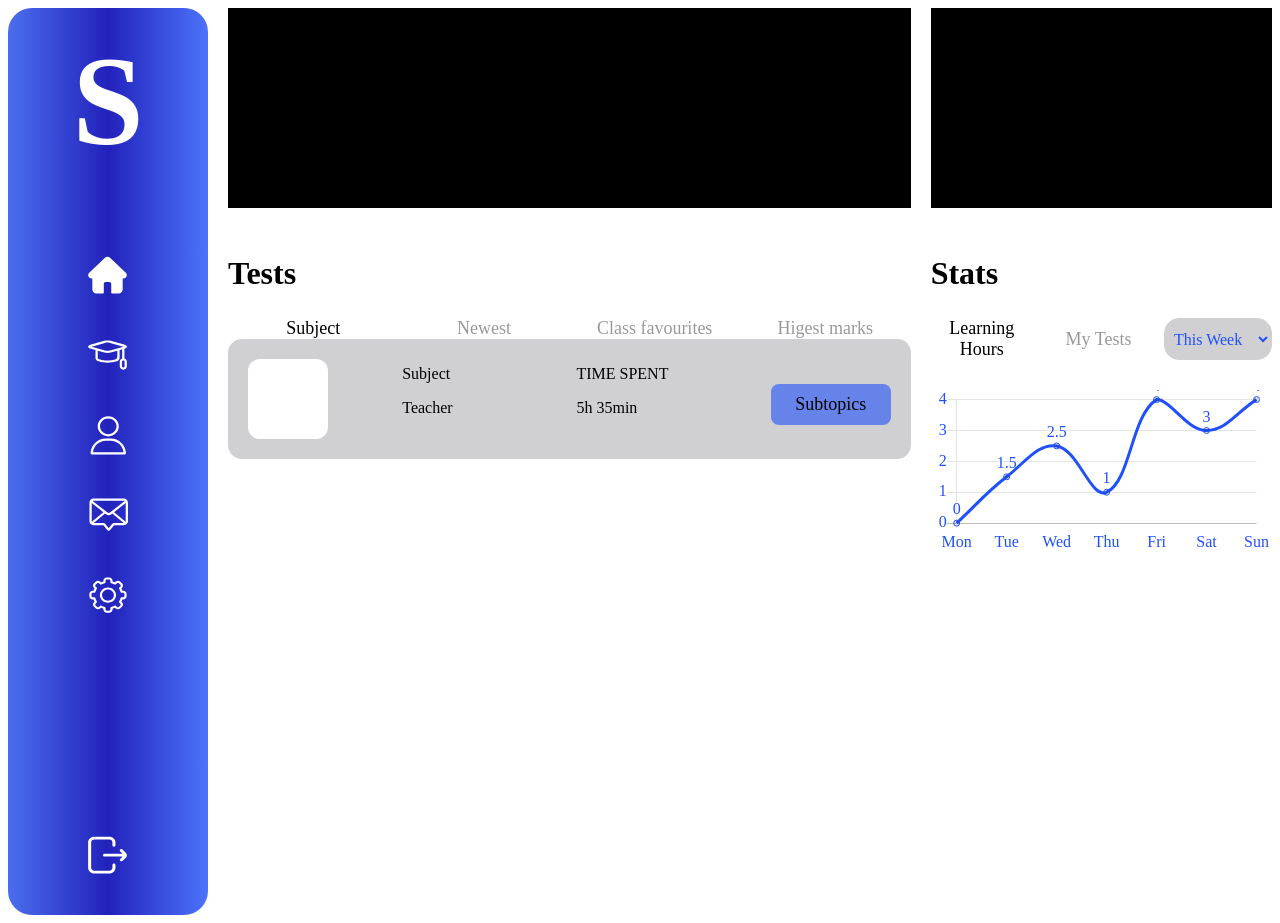
Repository: rafalzacher1/smartify-interface
Page: home.html
An editor plug-in stored every save of this project. The page is shown before and after the next save, followed by the edit.
The browser window is 1280 px wide. The pictures show the whole page.
Some web fonts or font styles are not loaded; a fallback is used. Some web libraries are served in a nearby version.

Above is the page before, as saved 2022-06-30 11:30:46.

### home.html
<!DOCTYPE html>
<html lang="en">

<head>
    <link rel="stylesheet" href="./styles/home.css">
    <link rel="stylesheet" href="./styles/search.css">
    <link rel="stylesheet" href="./styles/tests.css">
    <link rel="stylesheet" href="./styles/navigation.css">
    <link rel="stylesheet" href="./styles/user-header.css">
    <link rel="stylesheet" href="./styles/stats.css">
    <script src="https://cdnjs.cloudflare.com/ajax/libs/Chart.js/2.4.0/Chart.min.js"></script>
    <link rel="stylesheet" href="./styles/graphs.css">
    <link href='https://fonts.googleapis.com/css?family=Baloo Bhai' rel='stylesheet'>
    <link href='https://fonts.googleapis.com/css?family=Baloo Bhai' rel='stylesheet'>
</head>

<body>
    <div id="main-container">
        <div id="navigation-container">
            <h1>S</h1>

            <nav id="navigation-options">
                <svg width="27" height="25" viewBox="0 0 27 25" fill="none" xmlns="http://www.w3.org/2000/svg">
                    <path
                        d="M25.5018 10.9867C25.5012 10.9862 25.5006 10.9856 25.5 10.985L14.8668 0.890976C14.4135 0.460518 13.8109 0.223389 13.17 0.223389C12.529 0.223389 11.9264 0.460329 11.473 0.890787L0.845318 10.9797C0.841738 10.9831 0.838158 10.9867 0.834579 10.9901C-0.0961545 11.8788 -0.0945635 13.3206 0.839153 14.207C1.26574 14.6122 1.82915 14.8469 2.43154 14.8714C2.456 14.8737 2.48066 14.8748 2.50552 14.8748H2.92932V22.3034C2.92932 23.7734 4.1892 24.9694 5.73803 24.9694H9.89809C10.3197 24.9694 10.6618 24.6449 10.6618 24.2444V18.4204C10.6618 17.7496 11.2365 17.204 11.9431 17.204H14.3968C15.1034 17.204 15.6782 17.7496 15.6782 18.4204V24.2444C15.6782 24.6449 16.02 24.9694 16.4419 24.9694H20.6019C22.1508 24.9694 23.4106 23.7734 23.4106 22.3034V14.8748H23.8036C24.4444 14.8748 25.047 14.6379 25.5006 14.2074C26.4353 13.3195 26.4357 11.8752 25.5018 10.9867V10.9867Z"
                        fill="white" />
                </svg>

                <svg width="29" height="22" viewBox="0 0 29 22" fill="none" xmlns="http://www.w3.org/2000/svg">
                    <path
                        d="M26.4228 13.5237V6.40629L26.734 6.31764C27.9305 5.97676 28.1816 5.39965 28.1816 4.97552C28.1816 4.55139 27.9304 3.97428 26.734 3.63356L16.4958 0.717713C15.8653 0.538127 15.0388 0.43924 14.1689 0.43924C13.299 0.43924 12.4726 0.538127 11.8419 0.717713L1.60382 3.63356C0.407257 3.97428 0.156067 4.55139 0.156067 4.97557C0.156067 5.3997 0.407202 5.97686 1.60376 6.31769L5.43281 7.4082V13.2841C5.43281 14.0138 5.93239 15.0416 8.31243 15.7947C9.88887 16.2936 11.9687 16.5683 14.1688 16.5683C16.3689 16.5683 18.4487 16.2936 20.0252 15.7947C22.4053 15.0415 22.9049 14.0138 22.9049 13.2841V7.40825L24.7806 6.87402V13.5237C23.7595 13.8501 23.0217 14.767 23.0217 15.8451V19.1846C23.0217 20.5351 24.179 21.6338 25.6017 21.6338C27.0242 21.6338 28.1816 20.5351 28.1816 19.1846V15.8451C28.1817 14.767 27.4439 13.8501 26.4228 13.5237ZM12.3137 2.21089C12.7886 2.07563 13.4647 1.9981 14.1689 1.9981C14.873 1.9981 15.5492 2.07563 16.024 2.21084L25.7315 4.97557L21.8438 6.08282C21.8416 6.08349 21.8394 6.08406 21.8372 6.08474L16.024 7.74036C15.5493 7.87556 14.8731 7.95309 14.169 7.95309C13.4649 7.95309 12.7886 7.87556 12.3138 7.74036L6.50073 6.08474C6.49849 6.08406 6.4963 6.08349 6.49405 6.08282L2.60639 4.97557L12.3137 2.21089ZM21.2629 11.2372C21.2629 13.3846 20.9647 13.8541 19.506 14.3157C18.0926 14.763 16.1971 15.0093 14.1689 15.0093C12.1406 15.0093 10.2452 14.763 8.83178 14.3157C7.37313 13.8541 7.07493 13.3845 7.07493 13.2841V7.87582L11.842 9.23348C12.4726 9.41307 13.299 9.51196 14.1689 9.51196C15.0388 9.51196 15.8652 9.41307 16.4959 9.23348L21.2629 7.87582V11.2372ZM26.5395 19.1845C26.5395 19.6754 26.1188 20.0748 25.6017 20.0748C25.0846 20.0748 24.6639 19.6755 24.6639 19.1845V15.845C24.6639 15.3541 25.0846 14.9546 25.6017 14.9546C26.1189 14.9546 26.5395 15.3541 26.5395 15.845V19.1845Z"
                        fill="white" />
                </svg>

                <svg width="24" height="26" viewBox="0 0 24 26" fill="none" xmlns="http://www.w3.org/2000/svg">
                    <path
                        d="M12.1698 0.827911C8.37379 0.827911 5.28546 3.75975 5.28546 7.36343C5.28546 10.9671 8.37379 13.899 12.1698 13.899C15.9659 13.899 19.0542 10.9671 19.0542 7.36343C19.0542 3.75975 15.9659 0.827911 12.1698 0.827911ZM12.1698 12.4466C9.21735 12.4466 6.81532 10.1663 6.81532 7.36343C6.81532 4.56057 9.21735 2.28025 12.1698 2.28025C15.1223 2.28025 17.5243 4.56057 17.5243 7.36343C17.5243 10.1663 15.1223 12.4466 12.1698 12.4466Z"
                        fill="white" />
                    <path
                        d="M20.7353 18.1686C18.8505 16.3518 16.3519 15.3513 13.6997 15.3513H10.64C7.98784 15.3513 5.48917 16.3518 3.60439 18.1686C1.72883 19.9765 0.695923 22.3628 0.695923 24.8883C0.695923 25.2894 1.03841 25.6145 1.46085 25.6145H22.8789C23.3013 25.6145 23.6438 25.2894 23.6438 24.8883C23.6438 22.3628 22.6109 19.9765 20.7353 18.1686ZM2.25944 24.1621C2.64267 20.043 6.25497 16.8036 10.64 16.8036H13.6997C18.0848 16.8036 21.6971 20.043 22.0803 24.1621H2.25944Z"
                        fill="white" />
                </svg>


                <svg width="27" height="23" viewBox="0 0 27 23" fill="none" xmlns="http://www.w3.org/2000/svg">
                    <path
                        d="M24.1913 0.381134H3.77551C2.23533 0.381134 0.9823 1.57067 0.9823 3.0328V15.7608C0.9823 17.223 2.23533 18.4125 3.77551 18.4125H10.353C10.4332 18.4125 10.5096 18.4491 10.5573 18.5105L12.957 21.5991C13.1975 21.9087 13.5678 22.0872 13.9729 22.089H13.979C14.3819 22.089 14.7514 21.9139 14.9937 21.608L17.4479 18.5087C17.4956 18.4484 17.5715 18.4124 17.6509 18.4124H24.1913C25.7315 18.4124 26.9845 17.2229 26.9845 15.7608V3.03276C26.9845 1.57063 25.7315 0.381134 24.1913 0.381134ZM25.4609 15.7608C25.4609 15.8747 25.4439 15.9848 25.4127 16.0892L17.5863 9.57636L25.4609 3.37251V15.7608ZM24.1913 1.8275C24.4235 1.8275 24.6413 1.88728 24.8287 1.99108L14.7964 9.8948C14.3265 10.265 13.6446 10.265 13.1747 9.8948L3.14064 1.98969C3.32753 1.88675 3.54433 1.8275 3.77551 1.8275H24.1913ZM2.55416 16.0892C2.52293 15.9848 2.50587 15.8747 2.50587 15.7608V3.36913L10.3826 9.57457L2.55416 16.0892ZM16.2301 17.6396L13.9808 20.4801L11.7834 17.6519C11.4498 17.2225 10.915 16.9661 10.3529 16.9661H3.81172L11.5698 10.5099L12.2017 11.0078C12.7186 11.415 13.3519 11.6185 13.9855 11.6185C14.6189 11.6185 15.2525 11.4148 15.7693 11.0078L16.399 10.5117L24.155 16.9661H17.6509C17.0952 16.9661 16.5641 17.2178 16.2301 17.6396Z"
                        fill="white" />
                </svg>

                <svg width="28" height="25" viewBox="0 0 28 25" fill="none" xmlns="http://www.w3.org/2000/svg">
                    <path
                        d="M14.8013 24.9227H13.1654C11.8422 24.9227 10.7657 23.9008 10.7657 22.6447V22.1193C10.2032 21.9486 9.65665 21.7333 9.13159 21.4753L8.73937 21.8477C7.7894 22.7506 6.2677 22.7241 5.34533 21.8473L4.18907 20.7497C3.26507 19.8735 3.23849 18.4294 4.18937 17.5277L4.58129 17.1556C4.30958 16.6571 4.08276 16.1384 3.90299 15.6043H3.34958C2.02648 15.6043 0.949951 14.5823 0.949951 13.3262V11.7731C0.949951 10.517 2.02648 9.4951 3.34963 9.4951H3.90304C4.08281 8.96103 4.30963 8.44223 4.58134 7.94378L4.18912 7.57148C3.2388 6.67028 3.26502 5.22602 4.18942 4.34942L5.34579 3.2517C6.2703 2.37283 7.79164 2.35089 8.73978 3.25199L9.13165 3.624C9.6567 3.3661 10.2032 3.15073 10.7658 2.98007V2.4547C10.7658 1.1986 11.8422 0.176666 13.1654 0.176666H14.8014C16.1245 0.176666 17.201 1.1986 17.201 2.4547V2.98012C17.7636 3.15073 18.3101 3.3661 18.8351 3.62405L19.2274 3.2517C20.1773 2.34876 21.699 2.37525 22.6214 3.25204L23.7777 4.34966C24.7017 5.22587 24.7283 6.66999 23.7774 7.57172L23.3854 7.94378C23.6572 8.44223 23.884 8.96098 24.0637 9.4951H24.6172C25.9403 9.4951 27.0168 10.517 27.0168 11.7731V13.3262C27.0168 14.5823 25.9403 15.6043 24.6172 15.6043H24.0637C23.884 16.1383 23.6572 16.6571 23.3854 17.1556L23.7777 17.5279C24.728 18.4291 24.7018 19.8734 23.7774 20.75L22.621 21.8477C21.6965 22.7266 20.1751 22.7485 19.227 21.8474L18.8351 21.4754C18.3101 21.7333 17.7636 21.9487 17.201 22.1193V22.6448C17.201 23.9008 16.1245 24.9227 14.8013 24.9227V24.9227ZM9.38692 19.9527C10.1163 20.3622 10.9014 20.6716 11.7203 20.8722C12.0575 20.9548 12.2931 21.2436 12.2931 21.5742V22.6447C12.2931 23.1013 12.6845 23.4727 13.1654 23.4727H14.8014C15.2824 23.4727 15.6737 23.1013 15.6737 22.6447V21.5742C15.6737 21.2436 15.9093 20.9548 16.2466 20.8722C17.0655 20.6716 17.8505 20.3622 18.5799 19.9527C18.8801 19.7842 19.2621 19.8301 19.5087 20.0641L20.3074 20.8224C20.6518 21.1497 21.2048 21.1421 21.5407 20.8227L22.6978 19.7243C23.0329 19.4066 23.0441 18.8815 22.6981 18.5535L21.899 17.7949C21.6525 17.5609 21.6042 17.1981 21.7817 16.9133C22.213 16.2208 22.5389 15.4756 22.7502 14.6981C22.8373 14.378 23.1414 14.1544 23.4897 14.1544H24.6172C25.0982 14.1544 25.4895 13.7829 25.4895 13.3263V11.7732C25.4895 11.3166 25.0982 10.9451 24.6172 10.9451H23.4897C23.1414 10.9451 22.8373 10.7214 22.7502 10.4013C22.5389 9.6239 22.213 8.87862 21.7817 8.18622C21.6042 7.90135 21.6525 7.53857 21.899 7.30454L22.6978 6.54626C23.0431 6.21886 23.0341 5.69397 22.6981 5.37541L21.5411 4.27707C21.2058 3.95827 20.6527 3.94894 20.3078 4.27678L19.5088 5.03535C19.2622 5.26942 18.88 5.31524 18.58 5.14675C17.8506 4.73724 17.0655 4.42786 16.2466 4.22724C15.9094 4.14464 15.6738 3.8559 15.6738 3.52526V2.4547C15.6738 1.99811 15.2824 1.62663 14.8014 1.62663H13.1655C12.6845 1.62663 12.2932 1.99811 12.2932 2.4547V3.52516C12.2932 3.8558 12.0576 4.14454 11.7203 4.22714C10.9014 4.42777 10.1164 4.73714 9.38697 5.14666C9.08679 5.3151 8.7047 5.26928 8.45818 5.03525L7.65948 4.27697C7.31511 3.94966 6.76205 3.95725 6.42619 4.27663L5.26911 5.37503C4.93401 5.69276 4.92281 6.21779 5.26881 6.54587L6.06787 7.30445C6.31438 7.53847 6.36265 7.90125 6.18522 8.18612C5.75385 8.87852 5.42801 9.62381 5.21667 10.4012C5.12961 10.7214 4.82547 10.945 4.47723 10.945H3.34963C2.86867 10.9451 2.47731 11.3165 2.47731 11.7731V13.3262C2.47731 13.7828 2.86867 14.1543 3.34963 14.1543H4.47718C4.82547 14.1543 5.12956 14.378 5.21662 14.6981C5.42796 15.4755 5.75385 16.2208 6.18517 16.9132C6.3626 17.1981 6.31433 17.5609 6.06782 17.7949L5.26906 18.5532C4.92378 18.8806 4.93279 19.4055 5.26876 19.724L6.42573 20.8224C6.76109 21.1412 7.31419 21.1505 7.65907 20.8226L8.45808 20.0641C8.63974 19.8917 9.01765 19.7454 9.38692 19.9527V19.9527Z"
                        fill="white" />
                    <path
                        d="M13.9834 17.9339C10.856 17.9339 8.31177 15.5185 8.31177 12.5497C8.31177 9.58082 10.856 7.16547 13.9834 7.16547C17.1107 7.16547 19.6549 9.58082 19.6549 12.5497C19.6549 15.5185 17.1107 17.9339 13.9834 17.9339ZM13.9834 8.61543C11.6982 8.61543 9.83912 10.3803 9.83912 12.5497C9.83912 14.719 11.6982 16.4839 13.9834 16.4839C16.2685 16.4839 18.1276 14.719 18.1276 12.5497C18.1276 10.3803 16.2685 8.61543 13.9834 8.61543Z"
                        fill="white" />
                </svg>


                <svg id="logout" width="27" height="26" viewBox="0 0 27 26" fill="none"
                    xmlns="http://www.w3.org/2000/svg">
                    <path
                        d="M18.5379 19.6672V21.6084C18.5379 23.7492 16.7034 25.4907 14.4484 25.4907H4.1734C1.91837 25.4907 0.0838623 23.7492 0.0838623 21.6084V4.52618C0.0838623 2.38541 1.91837 0.64386 4.1734 0.64386H14.4484C16.7034 0.64386 18.5379 2.38541 18.5379 4.52618V6.46734C18.5379 7.00343 18.0802 7.43792 17.5155 7.43792C16.9508 7.43792 16.4932 7.00343 16.4932 6.46734V4.52618C16.4932 3.45589 15.5758 2.58502 14.4484 2.58502H4.1734C3.04598 2.58502 2.12863 3.45589 2.12863 4.52618V21.6084C2.12863 22.6787 3.04598 23.5495 4.1734 23.5495H14.4484C15.5758 23.5495 16.4932 22.6787 16.4932 21.6084V19.6672C16.4932 19.1311 16.9508 18.6966 17.5155 18.6966C18.0802 18.6966 18.5379 19.1311 18.5379 19.6672ZM25.5083 11.4L23.2189 9.22667C22.8196 8.84753 22.1722 8.84753 21.773 9.22667C21.3736 9.60561 21.3736 10.2202 21.773 10.5991L23.4014 12.1452H11.1256C10.5609 12.1452 10.1032 12.5797 10.1032 13.1158C10.1032 13.6519 10.5609 14.0864 11.1256 14.0864H23.4014L21.773 15.6325C21.3736 16.0114 21.3736 16.626 21.773 17.005C21.9727 17.1945 22.2343 17.2893 22.4959 17.2893C22.7577 17.2893 23.0192 17.1945 23.2189 17.005L25.5083 14.8316C26.5049 13.8854 26.5049 12.3462 25.5083 11.4Z"
                        fill="white" />
                </svg>
            </nav>
        </div>

        <div id="user-header-container">

        </div>

        <div id="search-container">

        </div>

        <div id="tests-container">
            <div>
                <h2>Tests</h2>

                <div id="test-options">
                    <button id="subject-option" class="test-option" onclick="showSubjectTests()">Subject</button>
                    <button id="newest-option" class="test-option" onclick="showNewstTests()"
                        style="opacity: 0.4;">Newest</button>
                    <button id="favourites-option" class="test-option" onclick="showFavorites()"
                        style="opacity: 0.4;">Class favourites</button>
                    <button id="highest-marks-option" class="test-option" onclick="showHighestMarks()"
                        style="opacity: 0.4;">Higest marks</button>
                </div>

                <div class="class">
                    <div class="class-image">

                    </div>

                    <div class="class-info">
                        <p>Subject</p>
                        <p>Teacher</p>
                    </div>

                    <div class="class-time-spent">
                        <p>TIME SPENT</p>
                        <p>5h 35min</p>
                    </div>

                    <div class="class-subtopics">
                        <button id="subtopics" class="test-option">Subtopics</button>
                    </div>
                </div>
            </div>
        </div>

        <div id="stats-container">
            <div class="stats-options-container">
                <h2>Stats</h2>

                <div id="stats-options">
                    <button id="learning-hours-option" class="stat-option" onclick="showLearningHoursGraph()">Learning
                        Hours</button>
                    <button id="tests-option" class="stat-option" onclick="showTestsGraph()" style="opacity: 0.4;">My
                        Tests</button>

                    <select id="graphs">
                        <option value="week" onchange="">This Week</option>
                        <option value="month">This Month</option>
                    </select>
                </div>
            </div>

            <canvas id="learning-hours"></canvas>
            <canvas id="tests" style="display: none"></canvas>
        </div>
    </div>

    <script src="./scripts/learningHours.js"></script>
    <script src="./scripts/tests.js"></script>
</body>

<script src="./scripts/activeLinks.js">
</script>

</html>

### styles/home.css
#main-container {
    display: grid;
    grid-template-columns: 2fr 8fr 4fr;
    grid-template-rows: 200px 200px 200px;
    gap: 20px;
}

### styles/search.css
#search-container {
    grid-column: 3;
    grid-row: 1;
    background-color: black;
}

### styles/tests.css
#tests-container {
  grid-column: 2;
  grid-row: 2 / 5;
}

#tests-container h2 {
  font-family: "Baloo Bhai";
  font-size: 32px;
}

#test-options {
  display: flex;
  justify-content: space-between;
  font-family: "Baloo Bhai";
  font-size: 16px;
}

.test-option,
input[type="submit"],
input[type="reset"] {
  background: none;
  color: inherit;
  border: none;
  padding: 0;
  font: inherit;
  cursor: pointer;
  outline: inherit;
  width: 30%;
  font-family: "Baloo Bhai";
  font-size: 18px;
}

.class {
  background-color: #d0d0d3;
  height: 120px;
  width: 100%;
  border-radius: 14px;
  /* position: relative; */
  display: flex;
  justify-content: space-between;
  font-family: "Baloo Bhai";
  font-size: 16px;
}

.class-image {
  /* display: inline-block; */
  background-color: #ffffff;
  width: 80px;
  height: 80px;
  margin: 20px;
  border-radius: 12px;
}

.class-info,
.class-time-spent {
    width: 120px;
    margin: 10px 0;
}

#subtopics {
    width: 120px;
    margin: 45px 20px;
    border-radius: 8px;
    padding: 10px;
    background-color: rgba(32, 80, 251, 0.6);
}

### styles/navigation.css
#navigation-container {
  font-family: "Baloo Bhai";
  font-size: 26px;
  background: rgb(32, 80, 251);
  background: linear-gradient(
    90deg,
    rgba(30, 74, 233, 0.8) 0%,
    rgba(10, 10, 180, 0.9) 50%,
    rgba(32, 80, 251, 0.8) 100%
  );
  border-radius: 24px;
  width: 200px;
  height: 100%;
  text-align: center;
  display: inline-block;
  grid-column: 1;
  grid-row: 1 / 5;
}

#navigation-container h1 {
  font-family: "Baloo Bhai";
  font-size: 128px;
  color: #ffffff;
  margin: 0;
  padding-top: 20px;
  padding-bottom: 60px;
}

#navigation-options svg {
  margin-left: auto;
  margin-right: auto;
  display: block;
  padding: 20px;
  height: 40px;
  width: 40px;
}

#navigation-options svg:hover {
  opacity: 0.4;
}

#logout {
  margin-top: 180px;
  margin-bottom: 20px;
}

### styles/user-header.css
#user-header-container {
    grid-column: 2;
    grid-row: 1;
    background-color: black;
}

### styles/stats.css
#stats-container {
    grid-column: 3;
    grid-row: 2 / 4;
}

### styles/graphs.css
.stats-container {
  position: relative;
  width: 40vw;
}

.stats-options-container {
    margin-bottom: 30px;
}

.stats-options-container h2 {
  font-family: "Baloo Bhai";
  font-size: 32px;
}

#stats-options {
  display: flex;
  justify-content: space-between;
  font-family: "Baloo Bhai";
  font-size: 16px;
}

.stat-option,
input[type="submit"],
input[type="reset"] {
  background: none;
  color: inherit;
  border: none;
  padding: 0;
  font: inherit;
  cursor: pointer;
  outline: inherit;
  width: 30%;
  font-family: "Baloo Bhai";
  font-size: 18px;
}

#graphs select {
  font-family: "Baloo Bhai";
  font-size: 26px;
  border: 1px solid #D0D0D3;
}
#graphs {
  font-family: "Baloo Bhai";
  font-size: 16px;
  color: #2050FB;
  padding: 5px;
  border: 1px solid #D0D0D3;
  border-radius: 15px;
  overflow: hidden;
  background: #D0D0D3;
}

#tests {
  width: 80%;
}

### scripts/learningHours.js
// if (document.getElementById("graphs").value == "week") {
//   var dt = new Date();
//   var month = dt.getMonth();
//   var year = dt.getFullYear();
//   console.log(new Date(year, month + 1, 0).getDate());
// }

// if (document.getElementById("graphs").value == "month") {
//   console.log("test");
// }

// Data define for bar chart
var learningData = {
  labels: ["Mon", "Tue", "Wed", "Thu", "Fri", "Sat", "Sun"],
  datasets: [
    {
      fill: false,
      borderColor: "#2050FB",
      data: [0, 1.5, 2.5, 1, 4, 3, 4],
    },
  ],
};
// Options to display value on top of bars
var learningOption = {
  legend: { display: false },
  scales: {
    xAxes: [
      {
        ticks: {
          fontColor: "#2050FB",
          fontSize: 16,
          fontFamily: "Baloo Bhai",
          stepSize: 1,
          beginAtZero: true,
        },
        gridLines: {
          display: false,
        },
      },
    ],
    yAxes: [
      {
        ticks: {
          fontColor: "#2050FB",
          fontSize: 16,
          fontFamily: "Baloo Bhai",
          stepSize: 1,
          beginAtZero: true,
        },
      },
    ],
  },
  tooltips: {
    enabled: true,
  },
  animation: {
    onComplete: function () {
      var chartInstance = this.chart,
        ctx = chartInstance.ctx;
      ctx.textAlign = "center";
      ctx.fillStyle = "#2050FB";
      ctx.textBaseline = "bottom";
      this.data.datasets.forEach(function (dataset, i) {
        var meta = chartInstance.controller.getDatasetMeta(i);
        meta.data.forEach(function (bar, index) {
          var data = dataset.data[index];
          ctx.fillText(data, bar._model.x, bar._model.y - 5);
        });
      });
    },
  },
};

//Code to drow Chart
var ctx = document.getElementById("learning-hours").getContext("2d");
var LearningHoursChar = new Chart(ctx, {
  type: "line", // Define chart type
  data: learningData, // Chart data
  options: learningOption, // Chart Options [This is optional paramenter use to add some extra things in the chart].
});

### scripts/activeLinks.js
function showLearningHoursGraph() {
    document.getElementById("learning-hours-option").style.opacity = 1;
    document.getElementById("tests-option").style.opacity = 0.4;

    document.getElementById("learning-hours").style.display = "block";
    document.getElementById("tests").style.display = "none";
}

function showTestsGraph() {
    document.getElementById("learning-hours-option").style.opacity = 0.4;
    document.getElementById("tests-option").style.opacity = 1;

    document.getElementById("learning-hours").style.display = "none";
    document.getElementById("tests").style.display = "block";
}

function showSubjectTests() {
    document.getElementById("subject-option").style.opacity=1;

    document.getElementById("newest-option").style.opacity=0.4;
    document.getElementById("favourites-option").style.opacity=0.4;
    document.getElementById("highest-marks-option").style.opacity=0.4;
}

function showNewstTests() {
    document.getElementById("newest-option").style.opacity=1;

    document.getElementById("subject-option").style.opacity=0.4;
    document.getElementById("favourites-option").style.opacity=0.4;
    document.getElementById("highest-marks-option").style.opacity=0.4;
}

function showFavorites() {
    document.getElementById("favourites-option").style.opacity=1;

    document.getElementById("newest-option").style.opacity=0.4;
    document.getElementById("subject-option").style.opacity=0.4;
    document.getElementById("highest-marks-option").style.opacity=0.4;
}

function showHighestMarks() {
    document.getElementById("highest-marks-option").style.opacity=1;

    document.getElementById("newest-option").style.opacity=0.4;
    document.getElementById("favourites-option").style.opacity=0.4;
    document.getElementById("subject-option").style.opacity=0.4;
}

Loaded but not shown: scripts/tests.js (no copy from this time; the picture is the same without it)

After the next save:
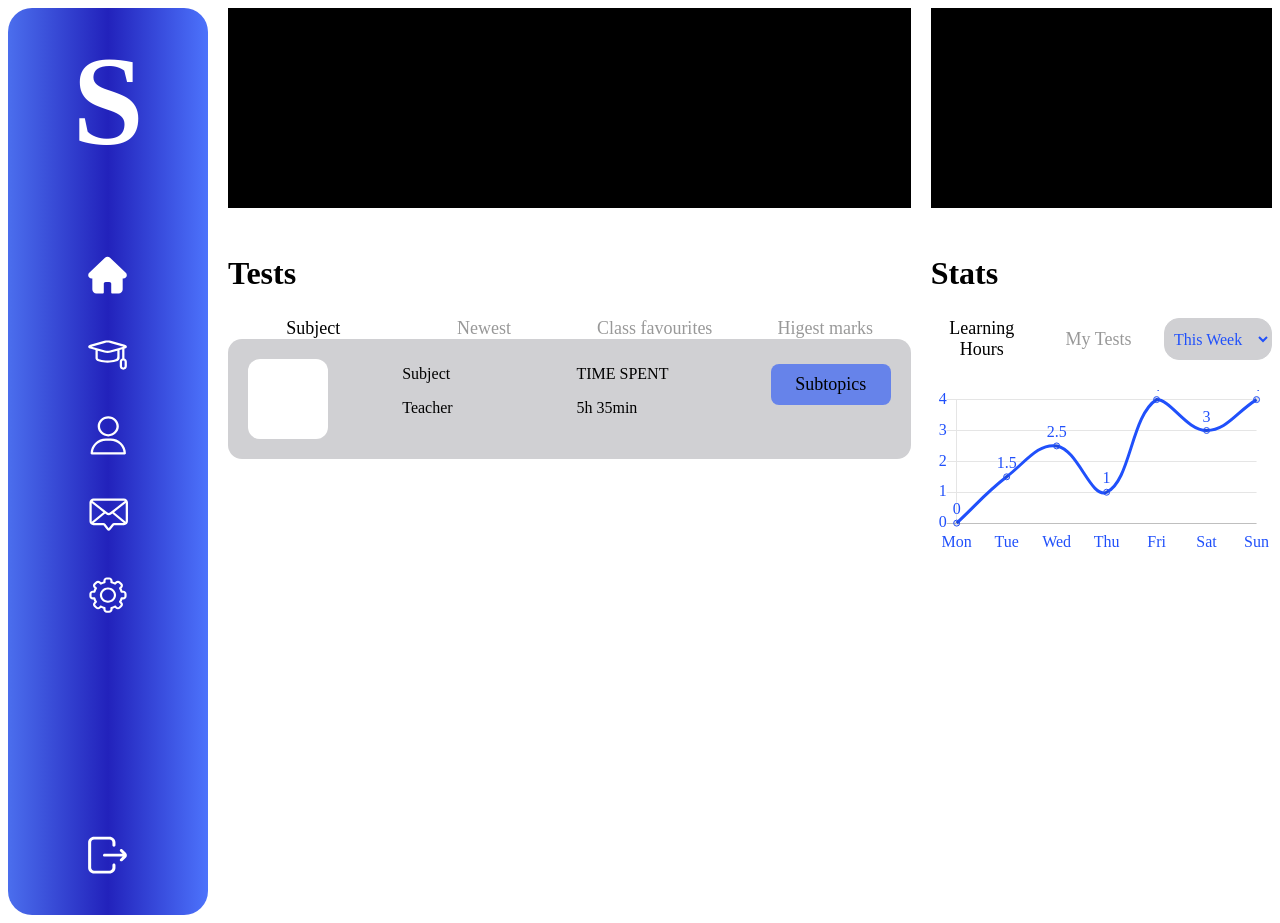
Saved 9 s later.
--- a/styles/tests.css
+++ b/styles/tests.css
@@ -59,7 +59,7 @@ input[type="reset"] {
 
 #subtopics {
     width: 120px;
-    margin: 45px 20px;
+    margin: 25px 20px;
     border-radius: 8px;
     padding: 10px;
     background-color: rgba(32, 80, 251, 0.6);
